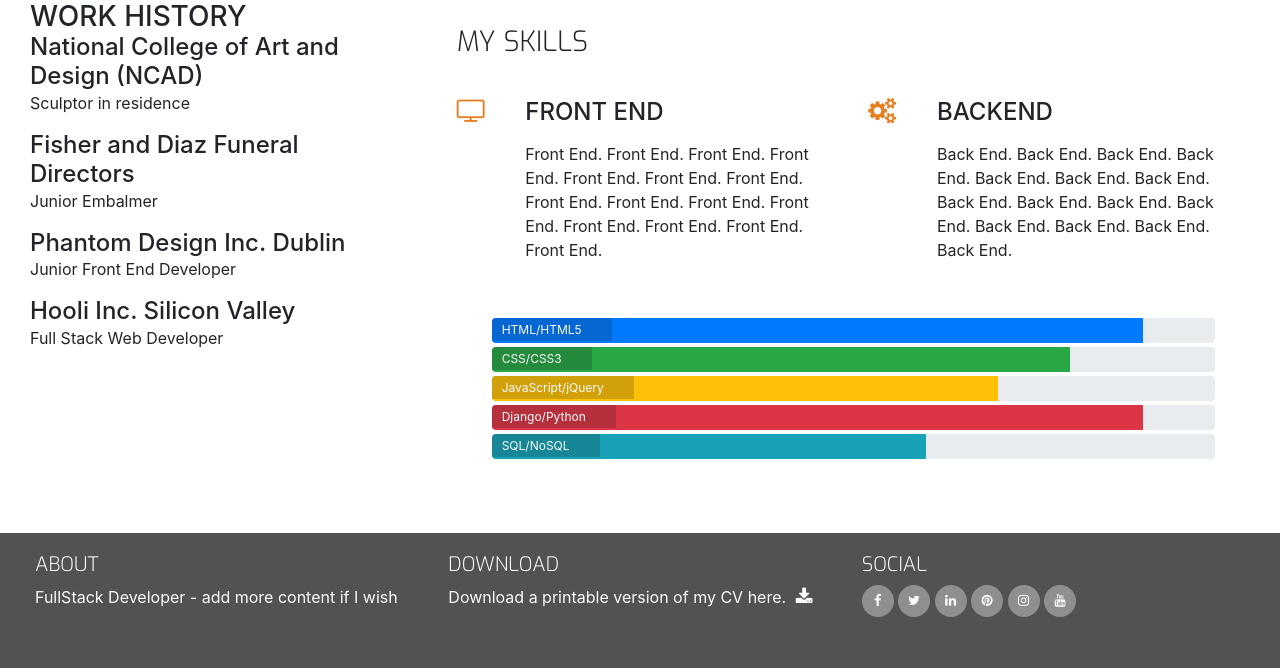
Repository: JustWhiteGit/Rosies-Resume
Page: resume.html
The author's editor kept a record of every edit. The page is drawn from the files as they stood at one moment, then again after the next edit.
The browser window is 1280 px wide. The pictures show the part of the page from y = 369 to 1037 px (the page is 1037 px tall).

Above is the page before.

After the next edit:
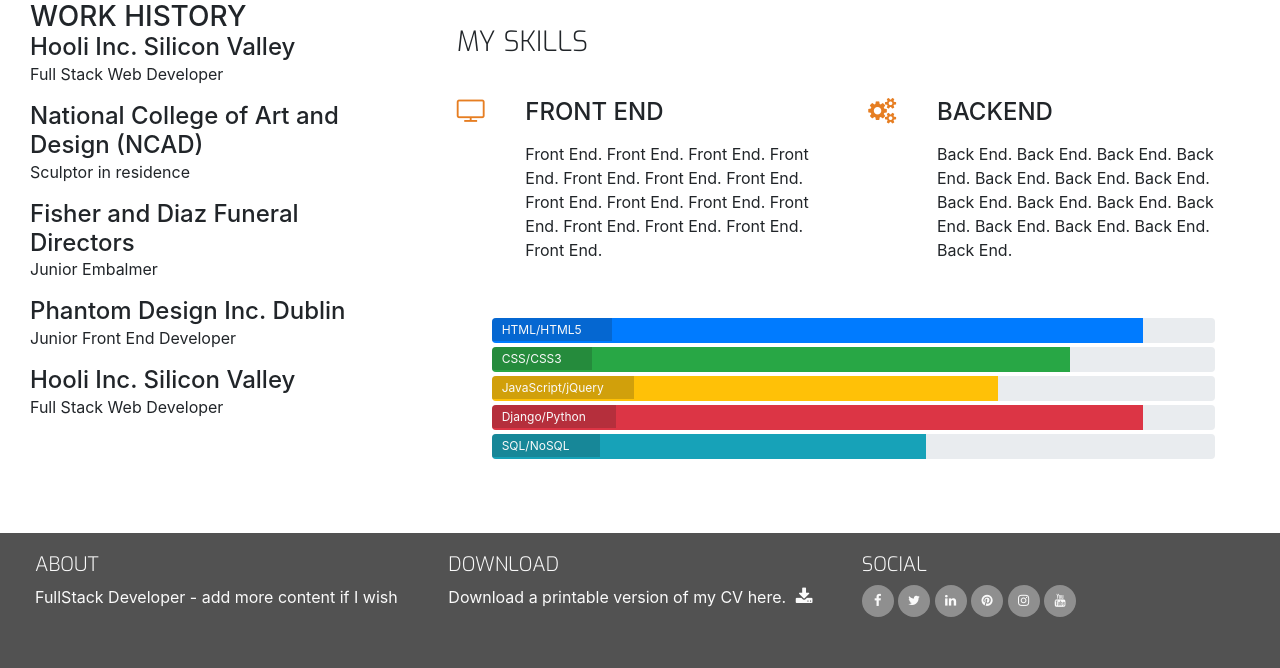
The edit:
--- a/resume.html
+++ b/resume.html
@@ -57,6 +57,10 @@
                     </div>
                 </div>
                 <div class="history-items">
+                    <div class="timeline-item" data-dates="06/2011 - Present">
+                        <h4>Hooli Inc. Silicon Valley</h4>
+                        <p>Full Stack Web Developer</p>
+                    </div>
                     <div class="timeline-item" data-dates="02/1998 - 04/2004">
                         <h4>National College of Art and Design (NCAD)</h4>
                         <p>Sculptor in residence</p>
